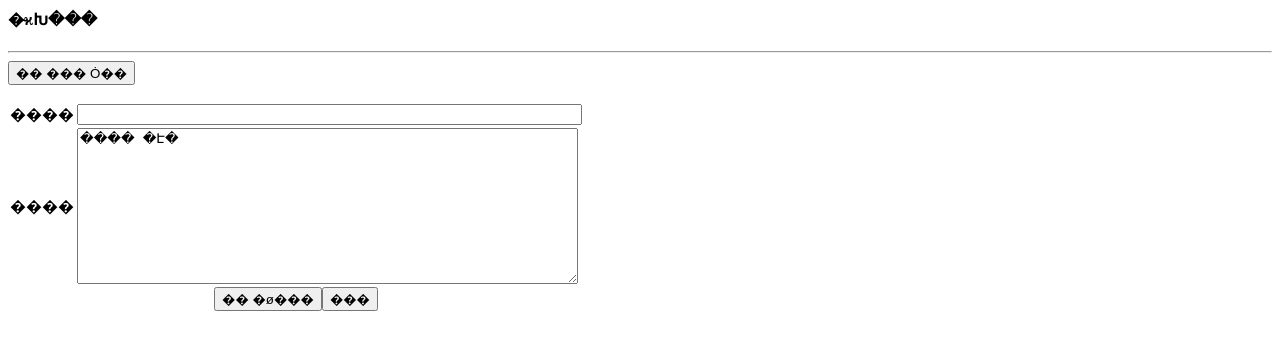
Repository: 2ujin/2018-PHP-afterschool
Page: http://localhost/CH06/ch06_05.php
These files come from the project's save history. The page is drawn as it stood at one moment and after the next save; the edit follows.
The browser window is 1280 px wide. The pictures show the whole page.
The page is run by PHP 8.4 with error messages shown; the project is at /var/www/html/.

Above is the page before, as saved 2018-07-31 04:05:00.

After the next save:
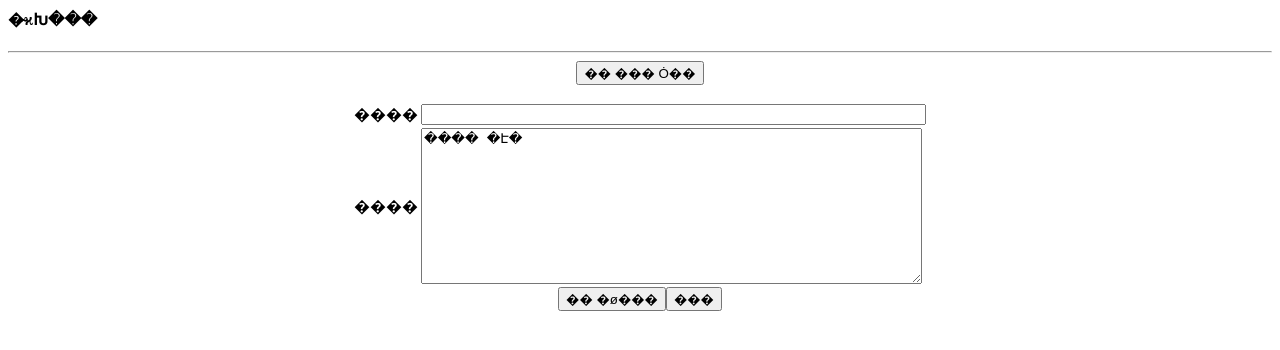
Saved 7 s later.
--- a/PHPStudy/CH06/ch06_05.php
+++ b/PHPStudy/CH06/ch06_05.php
@@ -1,6 +1,6 @@
 <html>
 <h4>미니게시판</h4><hr>
-<center></center>
+<center>
 <form action="ch06_06.php" method = "post">
 <input type = submit value = "글 목록 확인"></input>
 </form>
@@ -11,6 +11,7 @@
 <tr><td align="center" colspan = "2"><input type = "submit" value = "글 올리기" id = "submit"><input type="submit" value = "취소" id = "cancel"></td></tr>
 </table>
 </form>
+</center>
 </html>
 
 <?php

After the save that followed:
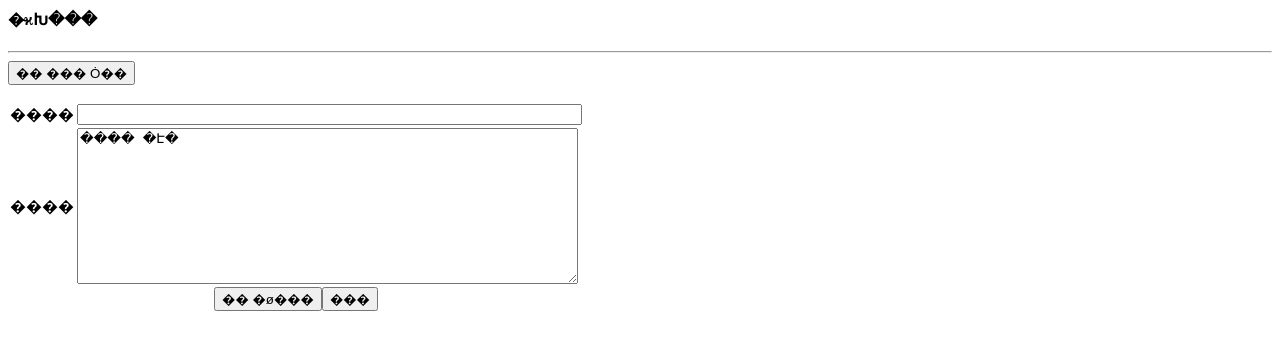
Saved 7 s later.
--- a/PHPStudy/CH06/ch06_05.php
+++ b/PHPStudy/CH06/ch06_05.php
@@ -1,6 +1,6 @@
 <html>
 <h4>미니게시판</h4><hr>
-<center>
+
 <form action="ch06_06.php" method = "post">
 <input type = submit value = "글 목록 확인"></input>
 </form>
